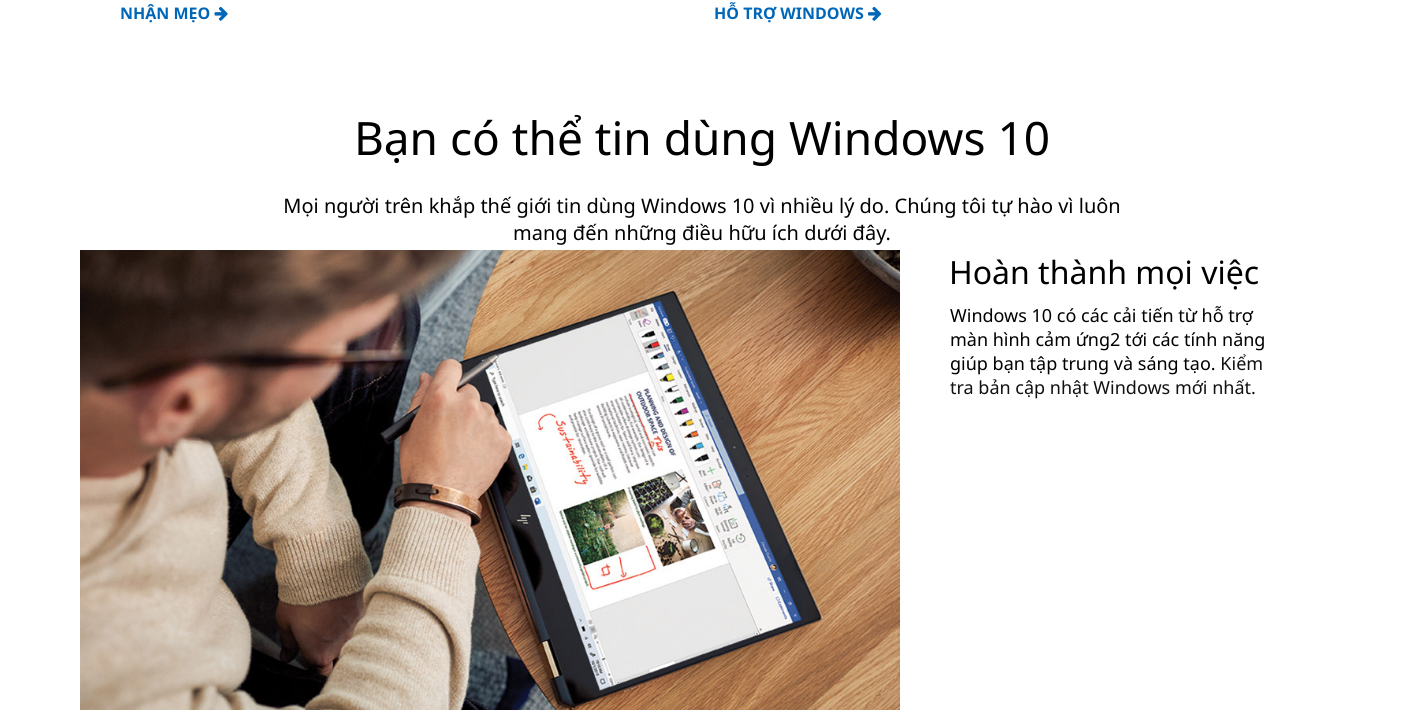
Repository: hoangphuong965/clone-Microsoft---practice
Page: index.html
An editor plug-in stored every save of this project. The page is shown before and after a run of saves, followed by the edit.
The browser window is 1280 px wide. The page is 1404 px wide, so the pictures cover 1404 px, including what lies to the right of the window. The pictures show the part of the page from y = 1360 to 2200 px (the page is 2075 px tall before and 2496 px after).

Above is the page before, as saved 2020-06-10 21:09:08.

### index.html
<!DOCTYPE html>
<html lang="en">

<head>
    <meta charset="UTF-8">
    <meta name="viewport" content="width=device-width, initial-scale=1.0">
    <link rel="stylesheet" href="https://maxcdn.bootstrapcdn.com/font-awesome/4.7.0/css/font-awesome.min.css">
    <link rel="stylesheet" href="style.css">
    <title>Khám phá HĐH Windows 10 | Microsoft</title>
</head>

<body>
    <!-- <div class="menu-btn">
        <i class="fa fa-bars" aria-hidden="true"></i>
    </div> -->
    <div class="container">

        <!-- navigation -->
        <nav class="navigation">
            <div class="navigation-left">
                <ul>
                    <div class="logo">
                        <img src="img/logo.png" alt="">
                    </div>
                    <div class="navigation-left-item">
                        <li><a href="">Windows</a></li>
                        <li class="win10">
                            <a href="">Windows 10</a>
                            <i class="fa fa-arrow-down" aria-hidden="true"></i>
                        </li>
                        <li><a href="">Ứng dụng</a></li>
                        <li><a href="">Trò chơi</a></li>
                        <li>
                            <a href="">Thêm</a>
                            <i class="fa fa-arrow-down" aria-hidden="true"></i>
                        </li>
                        <li class="buy">
                            <a href="" id="buy-win">MUA WINDOWS 10</a>
                        </li>
                    </div>
                </ul>
            </div>
            <div class="navigation-right">
                <ul>
                    <div class="navigation-right-item">
                        <li>
                            <a href="">Tất cả Microsoft</a>
                            <i class="fa fa-arrow-down" aria-hidden="true"></i>
                        </li>
                        <li>
                            <a href="">Tìm kiếm</a>
                            <i class="fa fa-search" aria-hidden="true"></i>
                        </li>
                        <li>
                            <a href="">Giỏ hàng</a>
                            <i class="fa fa-shopping-cart" aria-hidden="true"></i>
                        </li>
                        <li>
                            <a href="">Đăng nhập</a>
                            <i class="fa fa-sign-in" aria-hidden="true"></i>
                        </li>
                    </div>
                </ul>
            </div>
        </nav>
        <!-- Showcase -->
        <header class="showcase">
            <div class="showcase-text">
                <h1>Ý tưởng của bạn, Windows của bạn</h1>
                <p>Thỏa sức sáng tạo với công việc và tầm nhìn của bạn. Với Windows 10, bạn có thể làm nên những điều
                    tuyệt vời.</p>
            </div>
        </header>
        <!-- support -->
        <div class="support">
            <div class="using">
                <section class="using-img">
                    <img src="img/h1.jpg" alt="">
                </section>
                <section class="using-text">
                    <span>
                        <h1>Cách sử dụng Windows 10</h1>
                    </span>
                    <span>
                        <p>Dù bạn phải điều chỉnh lịch biểu hoặc phong cách làm việc của mình, Windows 10 đều có các
                            công cụ và tính năng để giúp bạn hoàn thành mọi việc.</p>
                    </span>
                    <span class="link">
                        <a href="#">NHẬN MẸO <i class="fa fa-arrow-right" aria-hidden="true"></i></a>
                    </span>
                </section>
            </div>
            <div class="request">
                <section class="request-img">
                    <img src="img/h2.jpg" alt="">
                </section>
                <section class="request-text">
                    <span>
                        <h1>Yêu cầu hỗ trợ</h1>
                    </span>
                    <span>
                        <p>Bạn cần hỗ trợ về Windows 10? Duyệt xem các câu hỏi thường gặp và diễn đàn hoặc liên hệ với
                            bộ
                            phận hỗ trợ khách hàng qua điện thoại hoặc tính năng trò chuyện. Yêu cầu hỗ trợ để giải
                            quyết
                            vấn đề nhanh chóng.</p>
                    </span>
                    <span class="link">
                        <a href="#">HỖ TRỢ WINDOWS <i class="fa fa-arrow-right" aria-hidden="true"></i></a>
                    </span>
                </section>
            </div>
        </div>
        <!-- feature -->
        <div class="feature">
            <div class="feature-text">
                <section>
                    <h1>Bạn có thể tin dùng Windows 10</h1>
                </section>
                <section>
                    <p>Mọi người trên khắp thế giới tin dùng Windows 10 vì nhiều lý do. Chúng tôi tự hào vì luôn mang
                        đến những điều hữu ích dưới đây.</p>
                </section>
            </div>
            <div class="feature-1">
                <section class="feature-img-left">
                    <img src="img/h3.jpg" alt="">
                </section>
                <section class="feature-text-right">
                    <span>
                        <h2>Hoàn thành mọi việc</h2>
                        <p>Windows 10 có các cải tiến từ hỗ trợ màn hình cảm ứng2 tới các tính năng giúp bạn tập trung
                            và sáng tạo. <a href="">Kiểm tra bản cập nhật Windows mới nhất.</a>
                        </p>
                    </span>
                </section>
            </div>
            <div class="feature-2"></div>
            <div class="feature-3"></div>
        </div>

    </div>

</body>

</html>

### style.css
* {
  margin: 0;
  padding: 0;
  box-sizing: border-box;
  font-family: "Segoe UI", SegoeUI, "Helvetica Neue", Helvetica, Arial,
    sans-serif;
}

.container {
  margin: auto;
  width: 1404px;
}

a {
  text-decoration: none;
  color: #111111;
  padding-bottom: 2px;
}
a:hover {
  border-bottom: 2px solid black;
}
/* navigation */
.navigation {
  display: flex;
  justify-content: space-between;
  margin: auto;
  width: 1250px;
  font-size: 15px;
}
.logo img {
  margin-top: 1.4rem;
  max-width: none;
  width: 108px;
}
.navigation-right-item,
.navigation-left-item {
  display: flex;
  margin: 1rem;
}
.navigation-right-item li,
.navigation-left-item li {
  list-style: none;
  margin: 10px;
}
.navigation-right ul,
.navigation-left ul {
  display: flex;
}
.win10 {
  margin-top: 5px !important;
}
.win10::before {
  content: "|";
  margin-right: 10px;
  font-weight: bold;
  font-size: 20px;
}
.buy {
  border: 1px solid;
  border-radius: 3px;
  height: 31px;
  padding: 6px;
  margin-top: 0px !important;
  font-weight: 600;
}
#buy-win:hover {
  text-decoration: underline !important;
  border-bottom: none;
}

/* showcase */
.showcase {
  position: relative;
  width: 100%;
  height: 712px;
  background: url(img/banner1.jpg) no-repeat center center/cover;
}
.showcase-text {
  position: absolute;
  width: 25rem;
  left: 60%;
  top: 40%;
}
.showcase-text h1 {
  font-size: 40px;
  line-height: 56px;
  padding: 37px 0 3px;
  font-weight: normal;
  font-family: "Trebuchet MS", "Lucida Sans Unicode", "Lucida Grande",
    "Lucida Sans", Arial, sans-serif;
}
.showcase-text p {
  font-size: 20px;
  line-height: 24px;
  font-family: "Times New Roman", Times, serif;
}

/* support */
.support {
  display: grid;
  grid-template-columns: auto auto;
  grid-gap: 24px;
  padding: 3rem 120px;
}

.using-img img,
.request-img img {
  width: 570px;
  height: 321px;
}

.using-text,
.request-text {
  padding-top: 1.2rem;
}

.using-text p,
.request-text p {
  padding: 2rem 0;
}

.link a {
  color: #0067b8;
  font-weight: 700;
}
.link a:hover {
  text-decoration: underline;
  border-bottom: none;
}

/* feature */
.feature {
  text-align: center;
  padding: 0rem 5rem;
}
.feature h1 {
  font-size: 46px;
  font-weight: 200;
  line-height: 56px;
  padding: 37px 0 3px;
}
.feature p {
  padding: 24px 12rem 4px;
  font-weight: 200;
  font-size: 20px;
}

.feature-1 {
  display: grid;
  grid-template-columns: auto auto;
  position: relative;
}
.feature-1 img {
  width: 820px;
  height: 460px;
}

.feature-text-right h2 {
  text-align: left;
  font-weight: 350;
  padding-left:49px;
  font-size: 2em;
}
.feature-text-right p {
  padding: 10px 50px;
  text-align: left;
  font-size: 18px;
  line-height: 24px;
  font-weight: 200;

}

.feature-text-right span{
  po
}

After the next 3 saves:
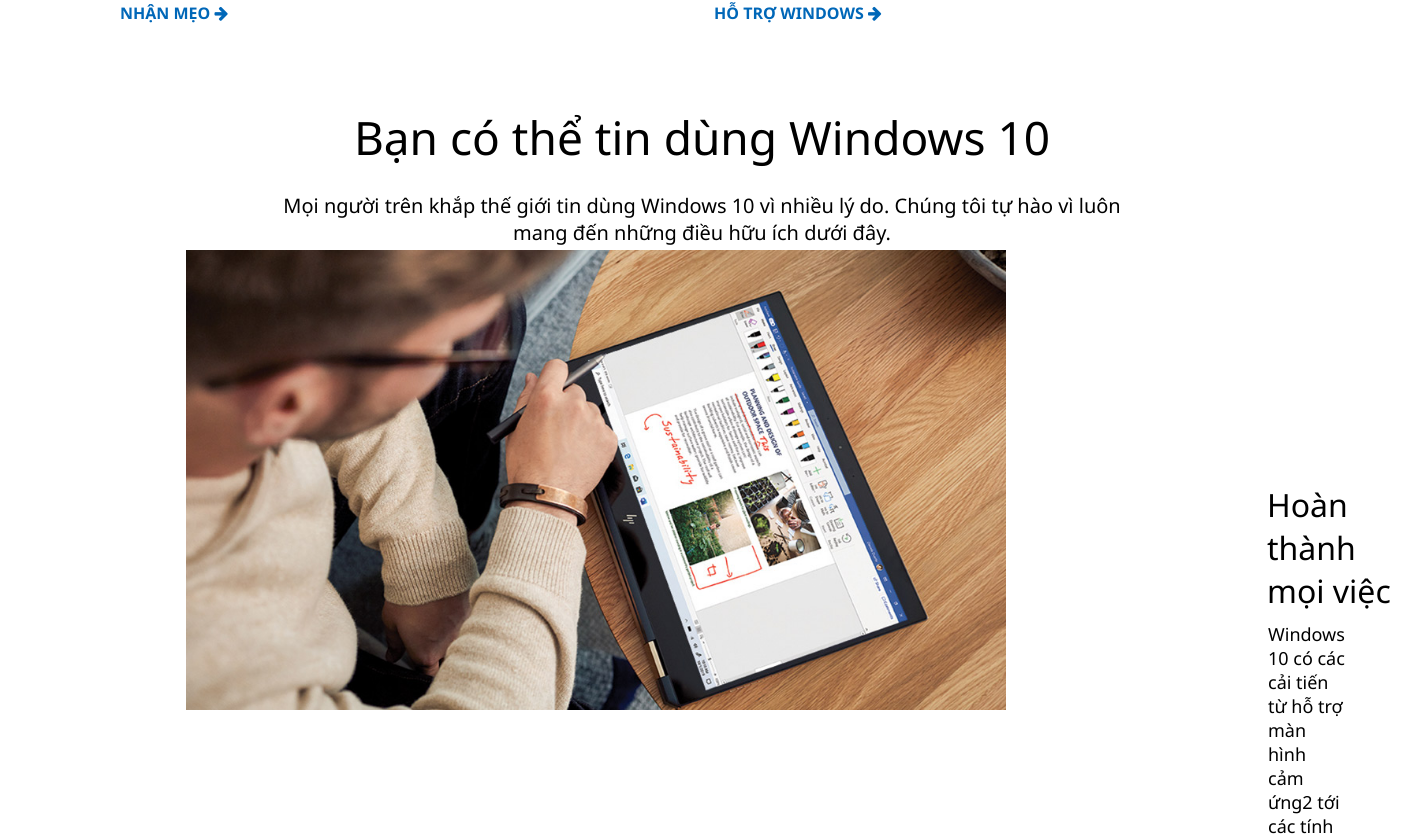
The 3 saves are shown as one change because they came seconds apart.
The last was saved 8 s later.
--- a/style.css
+++ b/style.css
@@ -171,5 +171,6 @@
 }
 
 .feature-text-right span{
-  po
+  position: absolute;
+  top: 50%;
 }
